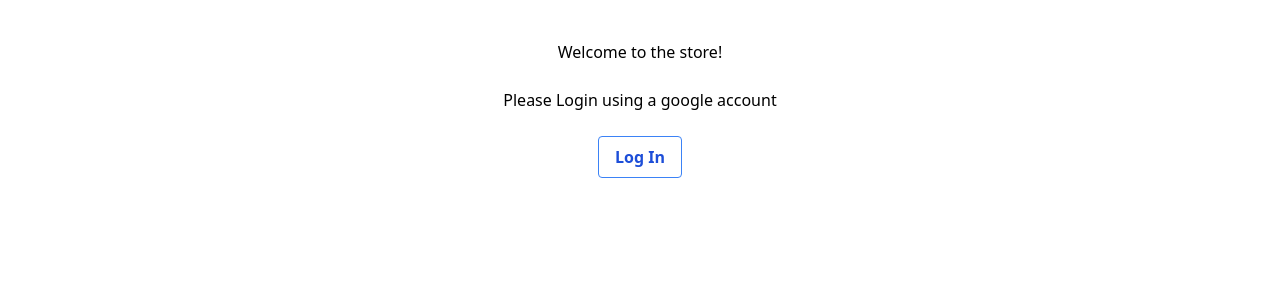
Repository: Siravian-index/rehab-store
Page: /store
These files come from the project's save history. The page is drawn as it stood at one moment and after the next save; the edit follows.
The browser window is 1280 px wide. The pictures show the whole page.
The project was rebuilt for these pictures with package versions that can differ from the ones it lists, and the page was loaded fresh each time. Also part of the build but not shown: craco.config.js, src/components/Footer.jsx, src/components/LogoutButton.jsx, src/components/Navbar.jsx.

Above is the page before, as saved 2021-11-01 08:45:37.

### src/index.js
import React from 'react';
import ReactDOM from 'react-dom';
import App from './App';
import './index.css';
import { Auth0Provider } from '@auth0/auth0-react';

ReactDOM.render(
  <Auth0Provider
    domain='dev-2rv8c3jm.us.auth0.com'
    clientId='SVkXn8UGq2ma8B16C4MihKOtDp8EGrJX'
    redirectUri={window.location.origin}
  >
    <App />
  </Auth0Provider>,
  document.getElementById('root')
);

### src/App.js
import { useAuth0 } from '@auth0/auth0-react';

import Footer from './components/Footer';
import Navbar from './components/Navbar';
import WelcomePage from './components/WelcomePage';

const App = () => {
  const { isAuthenticated, isLoading } = useAuth0();

  if (isLoading) {
    return <div>Loading ...</div>;
  }

  return isAuthenticated ? (
    <div>
      <Navbar />
      {/* action boxes */}
      <Footer />
    </div>
  ) : (
    <WelcomePage />
  );
};

export default App;

### src/components/WelcomePage.jsx
import LoginButton from './LoginButton';

const WelcomePage = () => {
  return (
    <div className='w-1/2 m-auto my-10 text-center'>
      <h3 className=' my-6'>Welcome to the store!</h3>
      <p className=' my-6'>Please Login using a google account </p>
      <div className=' my-6'>
        <LoginButton />
      </div>
    </div>
  );
};

export default WelcomePage;

### src/components/LoginButton.jsx
import React from 'react';
import { useAuth0 } from '@auth0/auth0-react';

const LoginButton = () => {
  const { loginWithRedirect } = useAuth0();

  return (
    <button
      className='bg-transparent hover:bg-blue-500 text-blue-700 font-semibold hover:text-white py-2 px-4 border border-blue-500 hover:border-transparent rounded'
      onClick={() => loginWithRedirect()}
    >
      Log In
    </button>
  );
};

export default LoginButton;

Loaded but not shown: public/index.html (common file); src/index.css (common file); tailwind.config.js (common file)

After the next save:
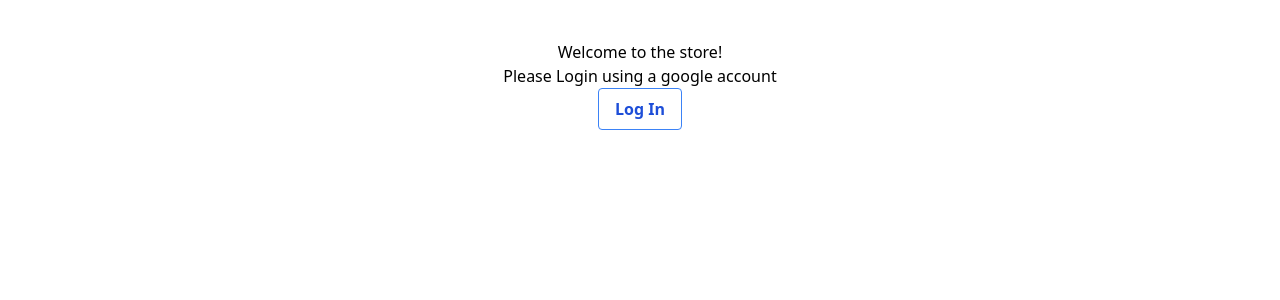
Saved 11 s later.
--- a/src/components/WelcomePage.jsx
+++ b/src/components/WelcomePage.jsx
@@ -3,9 +3,9 @@ import LoginButton from './LoginButton';
 const WelcomePage = () => {
   return (
     <div className='w-1/2 m-auto my-10 text-center'>
-      <h3 className=' my-6'>Welcome to the store!</h3>
-      <p className=' my-6'>Please Login using a google account </p>
-      <div className=' my-6'>
+      <h3 className=''>Welcome to the store!</h3>
+      <p className=''>Please Login using a google account </p>
+      <div className=''>
         <LoginButton />
       </div>
     </div>
